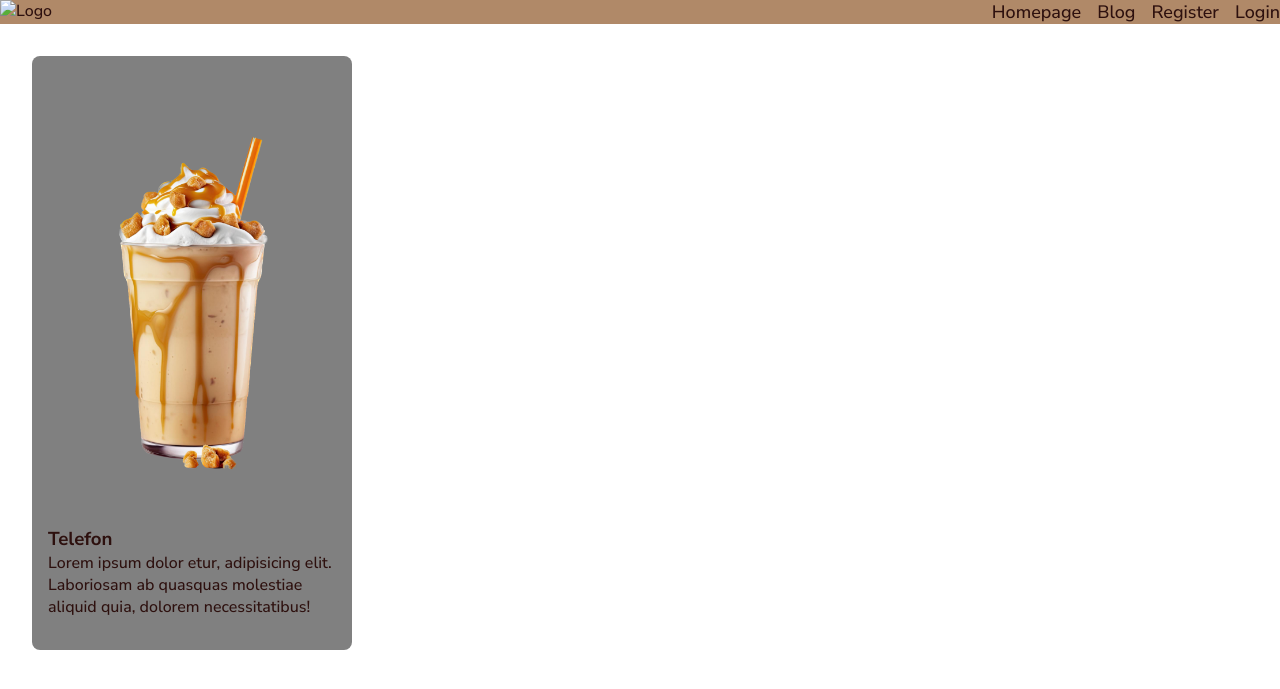
Repository: liviamucioniu/Coffee-Shop-Website
Page: index.html
These files come from the project's save history. The page is drawn as it stood at one moment and after the next save; the edit follows.
The browser window is 1280 px wide. The pictures show the whole page.

Above is the page before, as saved 2023-10-20 16:57:38.

### index.html
<!DOCTYPE html>
<html lang="en">
    <head>
        <meta charset="UTF-8" />
        <meta name="viewport" content="width=device-width, initial-scale=1.0" />
        <title>Magazin online</title>
        <link rel="stylesheet" href="styles.css" />
        <script defer src="script.js"></script>
        <link rel="preconnect" href="https://fonts.googleapis.com" />
        <link rel="preconnect" href="https://fonts.gstatic.com" crossorigin />
        <link
            href="https://fonts.googleapis.com/css2?family=Montserrat:ital,wght@0,200;0,400;0,500;1,100;1,200;1,300;1,400;1,500&family=Nunito+Sans:ital,opsz,wght@0,6..12,200;0,6..12,300;0,6..12,500;0,6..12,600;0,6..12,700;0,6..12,900;0,6..12,1000;1,6..12,200;1,6..12,300;1,6..12,400;1,6..12,500;1,6..12,600;1,6..12,900;1,6..12,1000&family=Open+Sans:ital,wght@1,300&family=Poppins:ital,wght@0,400;1,300;1,500&display=swap"
            rel="stylesheet"
        />
    </head>
    <body>
        <header id="header">
            <img class="logo" src="" alt="Logo" />
            <nav class="navigation">
                <a class="link" href="">Homepage</a>
                <a class="link" href="">Blog</a>
                <a class="link" href="">Register</a>
                <a class="link" href="">Login</a>
            </nav>
        </header>
        <section id="product-list">
            <div class="product-card">
                <img
                    class="product-image"
                    src="./assets/images/frappe.png"
                    alt="Frappe"
                />
                <h3 class="product-name">Telefon</h3>
                <p class="product-description">
                    Lorem ipsum dolor etur, adipisicing elit. Laboriosam ab
                    quasquas molestiae aliquid quia, dolorem necessitatibus!
                </p>
            </div>
        </section>
    </body>
</html>

### styles.css
:root {
    --coffee-color-1: #ede0d4;
    --coffee-color-2: #e6ccb2;
    --coffee-color-3: #ddb892;
    --coffee-color-4: #b08968;
    --coffee-color-5: #7f5539;
    --coffee-color-6: #9c6644;
    --color-light: var(var(--coffee-color-1));
    --color-dark: #2d100e;
}

html {
    font-size: 16px;
}

*,
*::before,
*::after {
    margin: 0;
    padding: 0;
}

body {
    color: var(--color-dark);
    font-family: "Nunito Sans", sans-serif;
}

@media screen and (max-width: 560px) {
    html {
        font-size: 12px;
    }
}

#header {
    padding: 2rem 1 rem;
    background-color: var(--coffee-color-4);
    display: flex;
    justify-content: space-between;
}

#header .navigation {
    display: flex;
    align-items: center;
    gap: 1rem;
}

#header .navigation .link {
    font-size: 1.125rem;
    text-decoration: none;
    color: var(--color-light);
}

#header .navigation .link:hover {
    color: var(--color-dark);
}

#product-list {
    display: flex;
    gap: 1.5rem;
    padding: 2rem;
    flex-wrap: wrap;
}

.product-card {
    border-radius: 0.5rem;
    max-width: 18rem;
    background-color: gray;
    padding: 2rem 1rem;
}

.product-image {
    max-width: 100%;
}

### script.js
// const title = document.getElementById("title");
// console.log(title);
// title.classList.add("main");

After the next save:
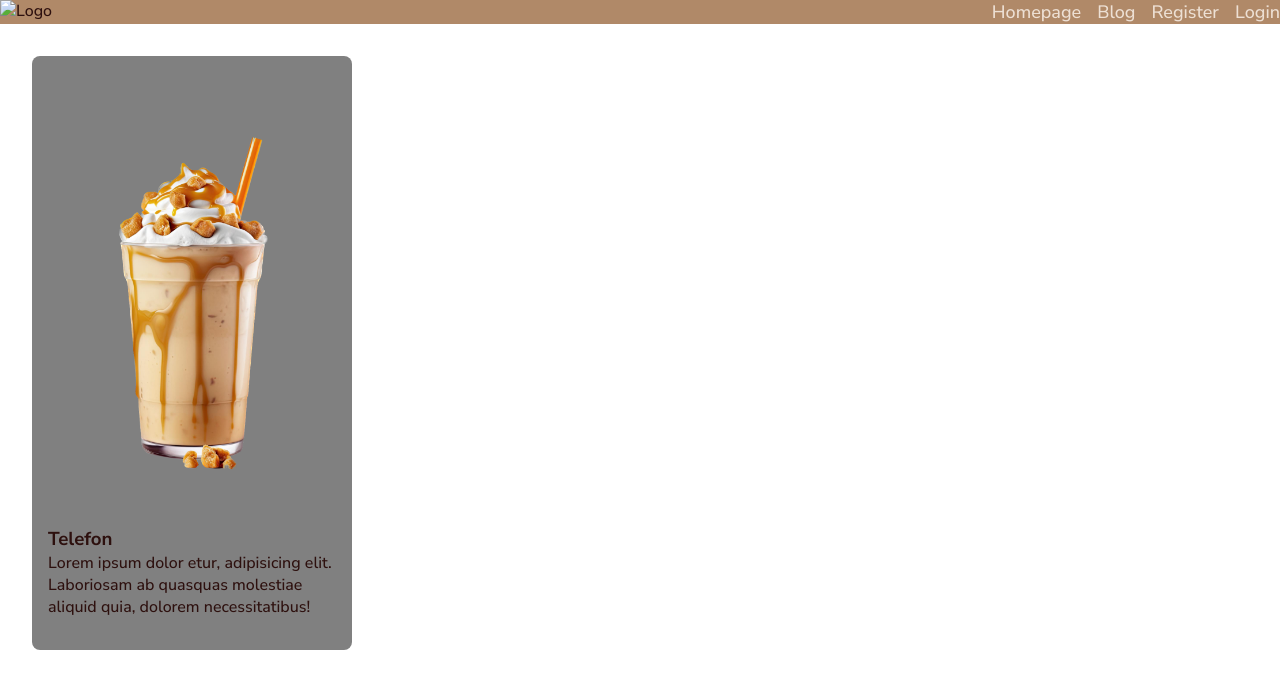
Saved 104 s later.
--- a/styles.css
+++ b/styles.css
@@ -47,7 +47,7 @@ body {
 #header .navigation .link {
     font-size: 1.125rem;
     text-decoration: none;
-    color: var(--color-light);
+    color: var(--coffee-color-1);
 }
 
 #header .navigation .link:hover {
